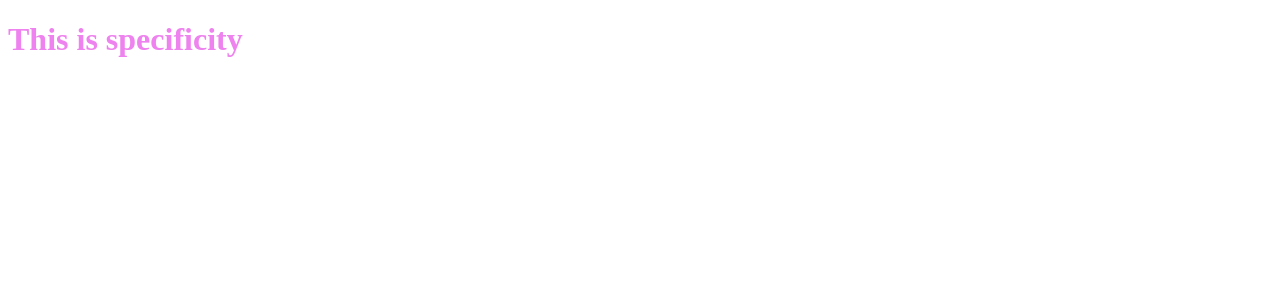
Repository: diensy/Web_dev
Page: Css/Specificity/specity.html
These files come from the project's save history. The page is drawn as it stood at one moment and after the next save; the edit follows.
The browser window is 1280 px wide. The pictures show the whole page.

Above is the page before, as saved 2024-05-23 20:34:55.

After the next save:
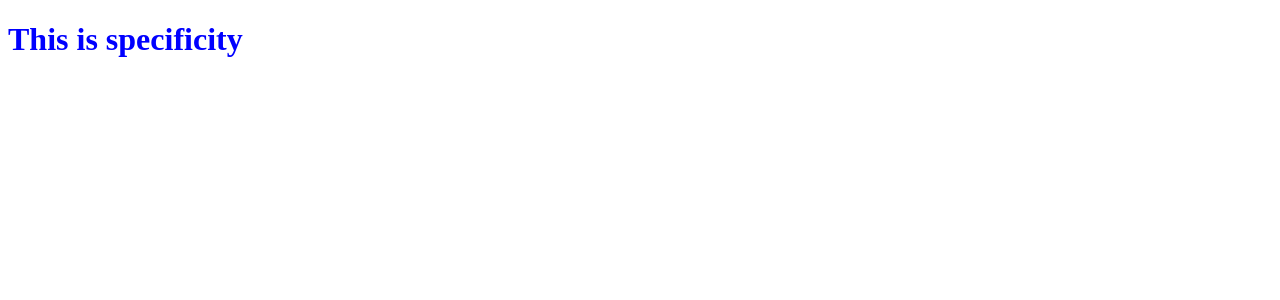
Saved 9 s later.
--- a/Css/Specificity/specity.html
+++ b/Css/Specificity/specity.html
@@ -8,7 +8,7 @@
   </head>
   <body>
     <div>
-      <h1 class="yellow red violet" style="">This is specificity</h1>
+      <h1 class="yellow red violet" style="color:blue">This is specificity</h1>
     </div>
   </body>
 </html>

After the 5 saves that followed:
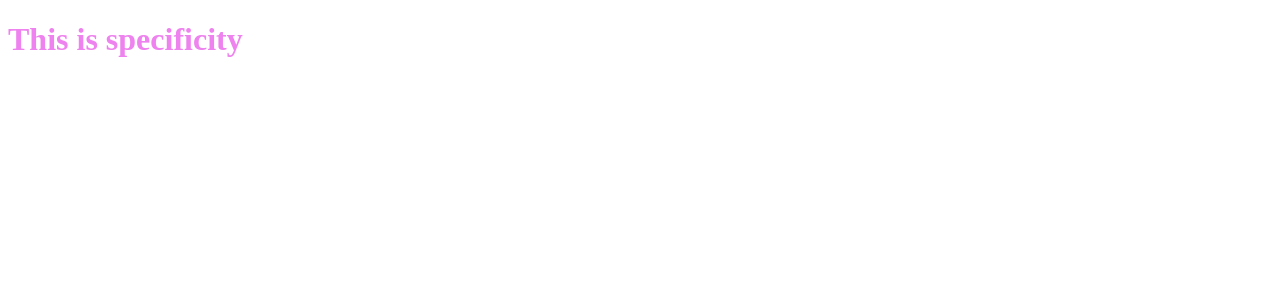
The 5 saves are shown as one change because 1 left the picture as it was and some came seconds apart.
The last was saved 22 s later.
--- a/Css/Specificity/specity.css
+++ b/Css/Specificity/specity.css
@@ -8,5 +8,5 @@ h1{
     color: red;
 }
 .violet{
-    color: violet;
+    color: violet !important;
 }
